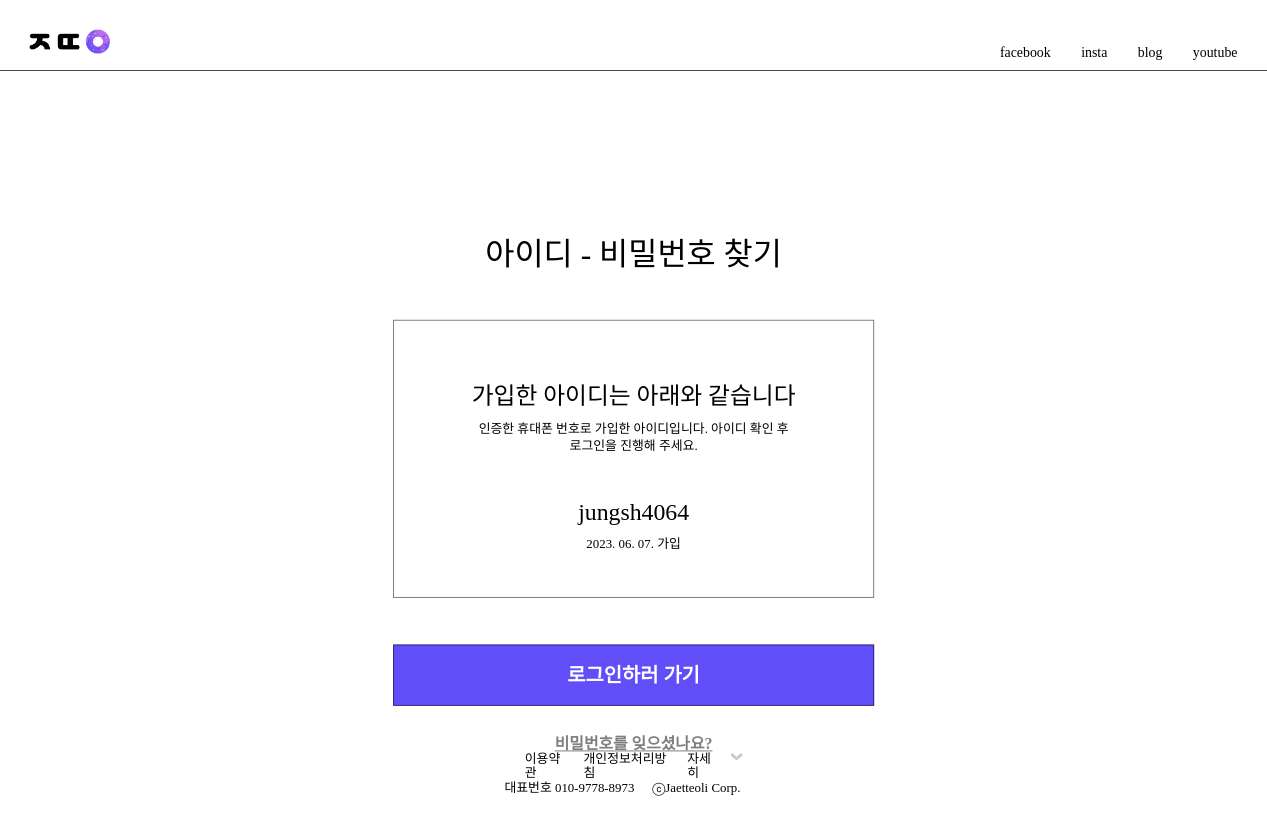
Repository: raoniee/Jaetteoli-React-Project
Page: /help/complete
The author's editor kept a copy of each file at every save. The page is drawn from the files as they stood at one save, then again after the next save.
The browser window is 1280 px wide. The pictures show the whole page, at 99% of full size.
Some web fonts or font styles are not loaded; a fallback is used. The project was rebuilt for these pictures with package versions that can differ from the ones it lists, and the page was loaded fresh each time. Also part of the build but not shown: src/component/main/ManageReview.module.css, src/component/main/ReviewContainer.module.css, src/component/main/ReviewItem.module.css, src/component/main/ReviewItem.js, src/component/main/ReviewContainer.js, src/component/sidebar/SideBar.module.css, src/component/sidebar/SideBar.js, src/component/main/ManageReview.js and 53 more.

Above is the page before, as saved 2023-07-06 21:55:51.

After the next save:
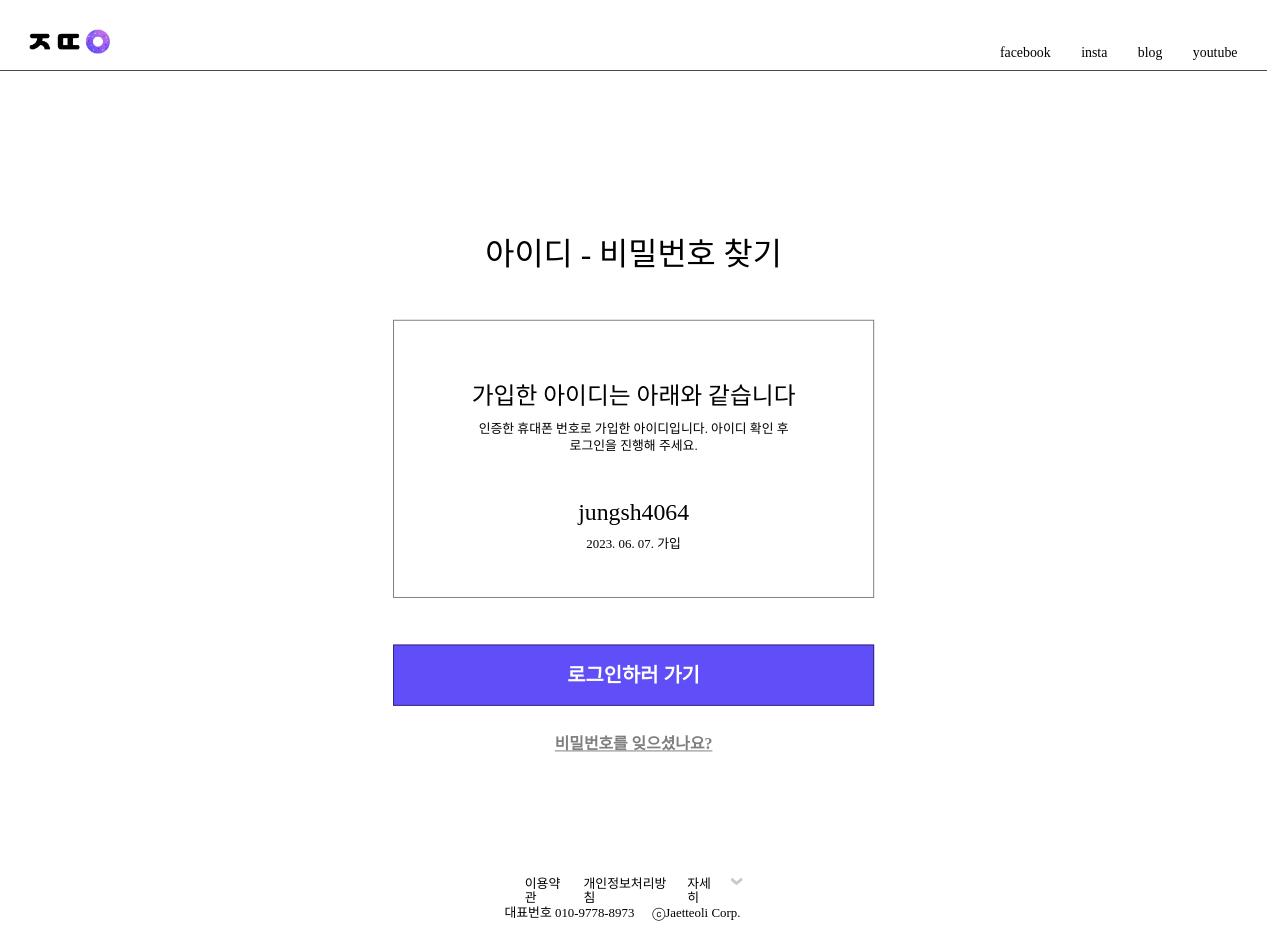
Saved 55 s later.
--- a/src/component/login/IDShow.module.css
+++ b/src/component/login/IDShow.module.css
@@ -6,6 +6,7 @@
 .IDShow {
   margin: 0 auto;
   margin-top: 240px;
+  margin-bottom: 126px;
 }
 
 .title {
